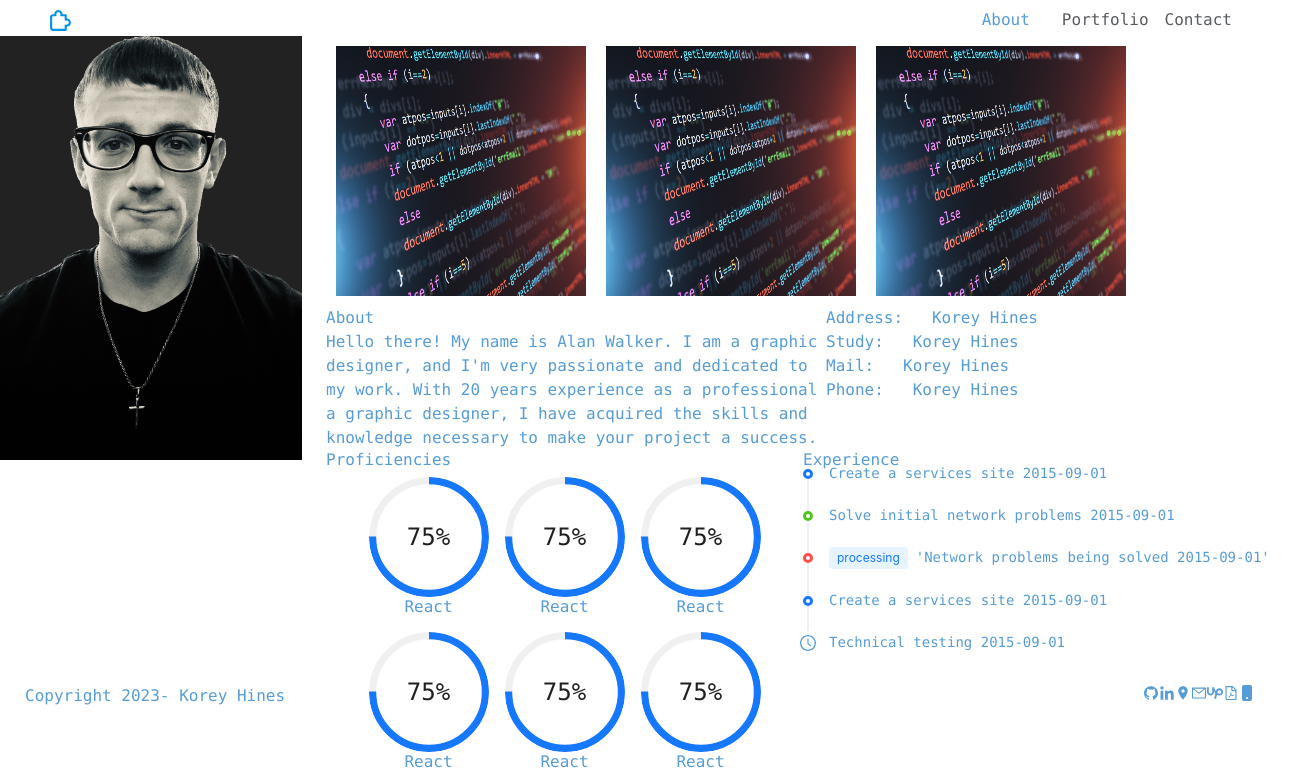
Repository: devkthines/next-portfolio-v2
Page: /about
These files come from the project's save history. The page is drawn as it stood at one moment and after a run of saves; the edit follows.
The browser window is 1280 px wide. The page is 1292 px wide, so the pictures cover 1292 px, including what lies to the right of the window. The pictures show the whole page.
The project was rebuilt for these pictures with package versions that can differ from the ones it lists, and the page was loaded fresh each time. The framework's server and built-in components were replaced by stand-ins that run in the browser. Also part of the build but not shown: next.config.js.

Above is the page before, as saved 2023-09-25 22:32:21.

After the next 2 saves:
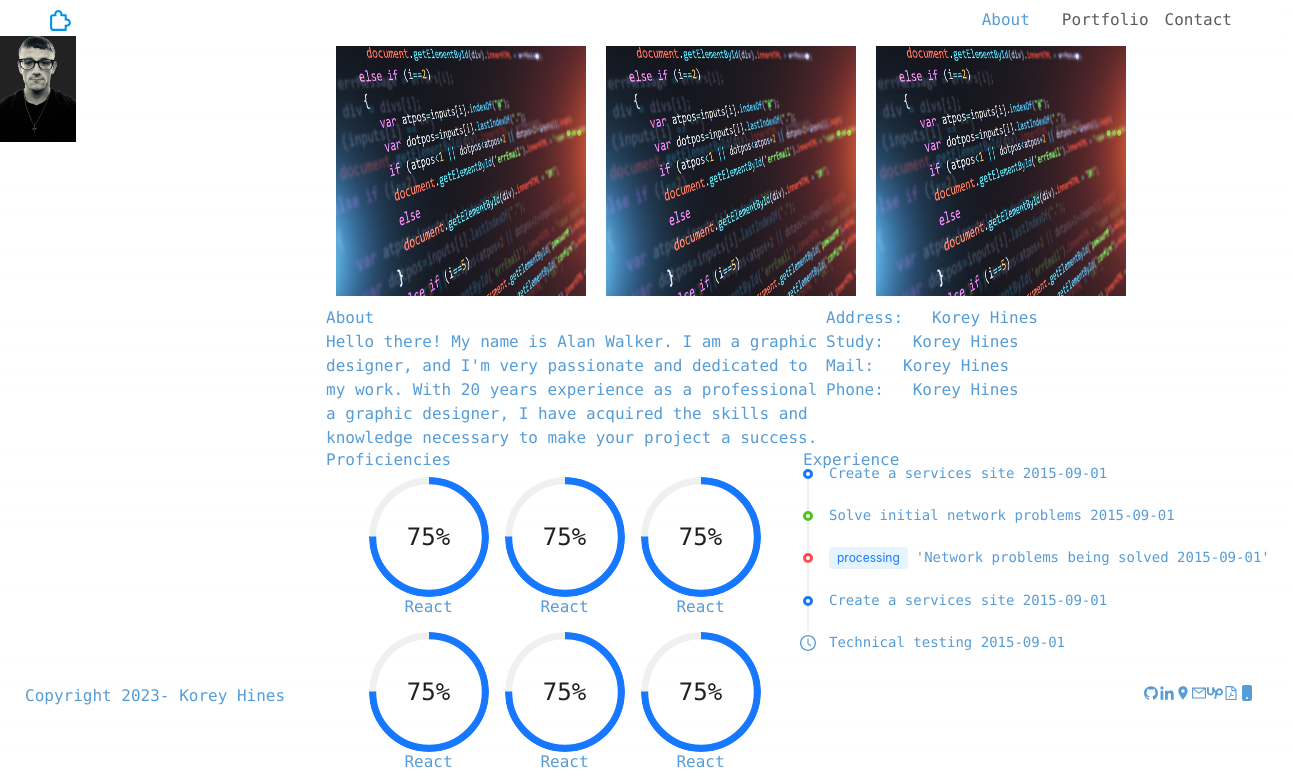
The 2 saves are shown as one change because they came seconds apart.
The last was saved 21 s later.
--- a/css/style.css
+++ b/css/style.css
@@ -186,8 +186,8 @@
 }
 
 #aboutImg{
-    width: 400px;
-    /* height: ; */
+    width: 25%;
+    height: ;
     /* padding: 15px 15px 30px; */
 }
 #aboutcard{

After the save that followed:
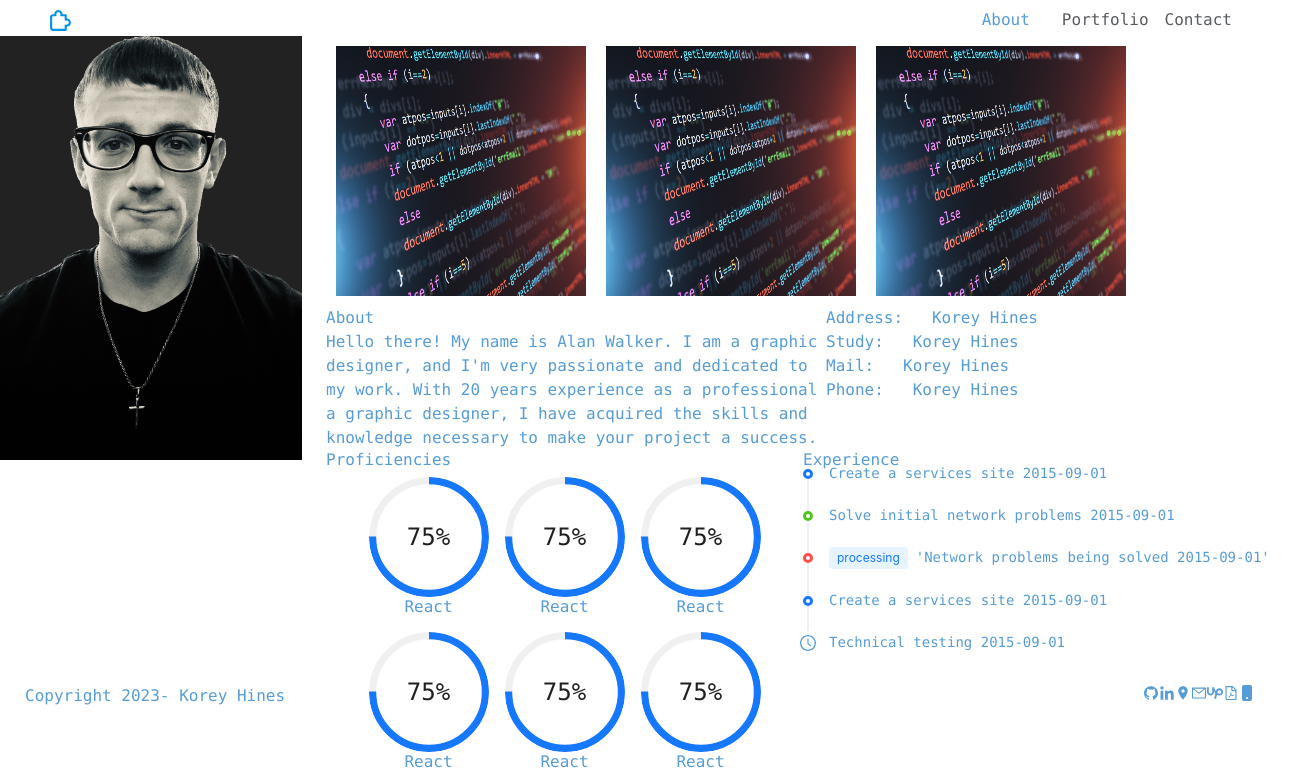
Saved 16 s later.
--- a/css/style.css
+++ b/css/style.css
@@ -186,7 +186,7 @@
 }
 
 #aboutImg{
-    width: 25%;
+    width: 100%;
     height: ;
     /* padding: 15px 15px 30px; */
 }
